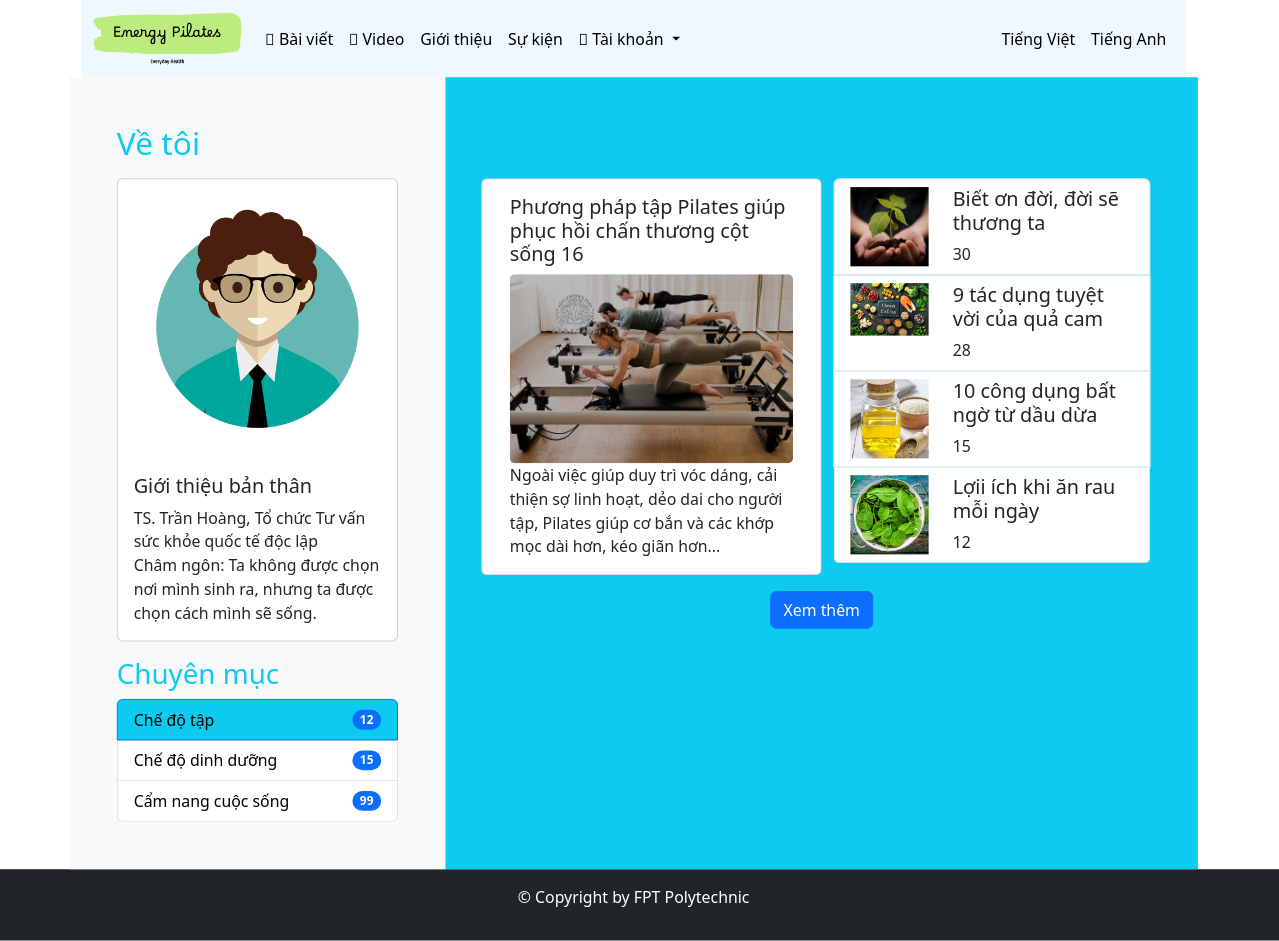
Repository: KizukoHeiwa/SOF308
Page: Lab1/index.html
An editor plug-in stored every save of this project. The page is shown before and after the next save, followed by the edit.
The browser window is 1280 px wide. The page is 1292 px wide, so the pictures cover 1292 px, including what lies to the right of the window. The pictures show the whole page, at 99% of full size.

Above is the page before, as saved 2024-10-31 10:46:42.

After the next save:
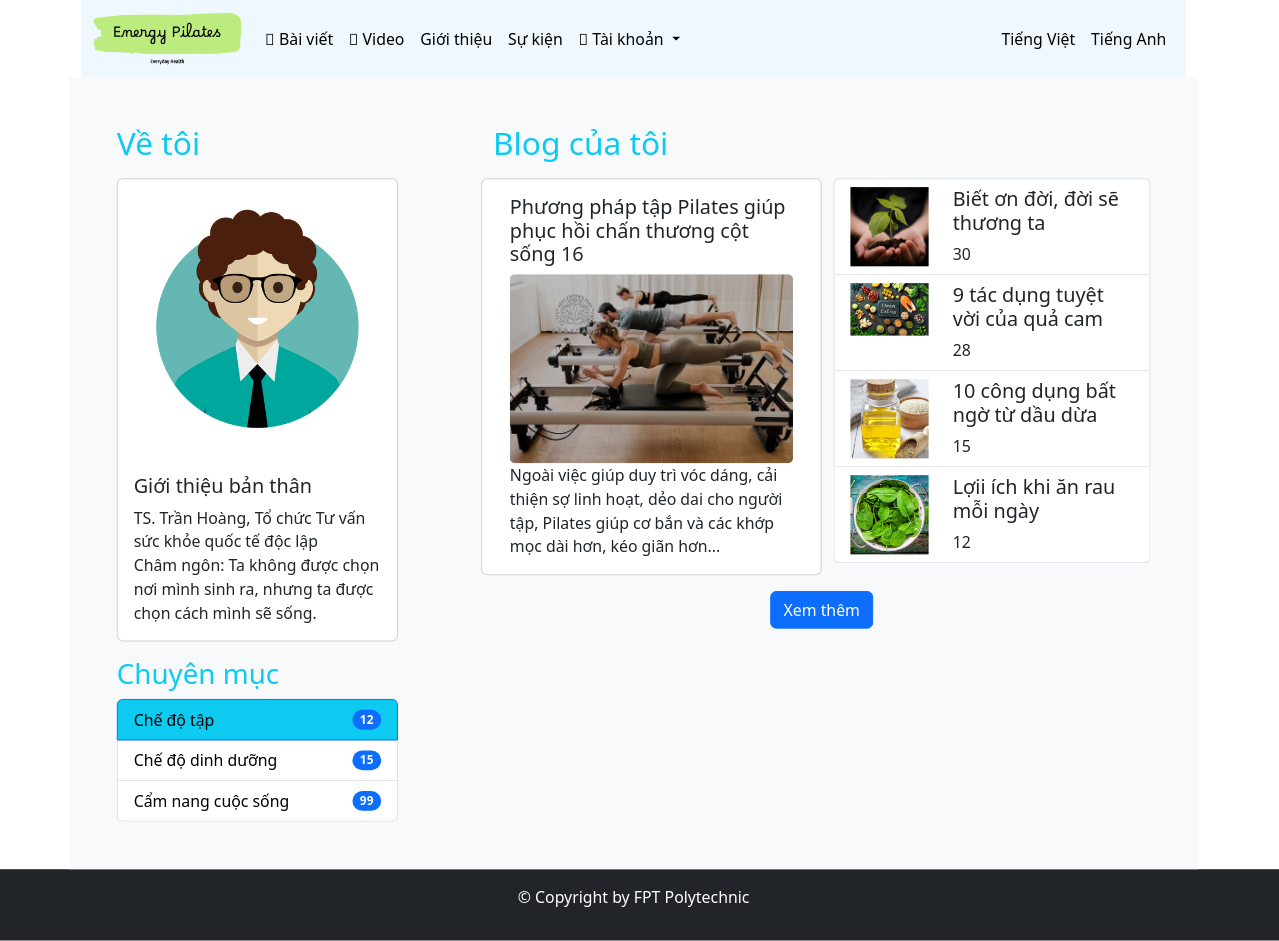
Saved 7 s later.
--- a/Lab1/index.html
+++ b/Lab1/index.html
@@ -110,7 +110,7 @@
                     <!-- end Chuyên mục -->
                 </div>
             </aside>
-            <article class="col-sm-8 bg-info p-5">
+            <article class="col-sm-8 bg-light p-5">
                 <div class="row">
                         <h2 class="text-info mb-3">Blog của tôi</h2>
                         <div class="card col-sm-6">
